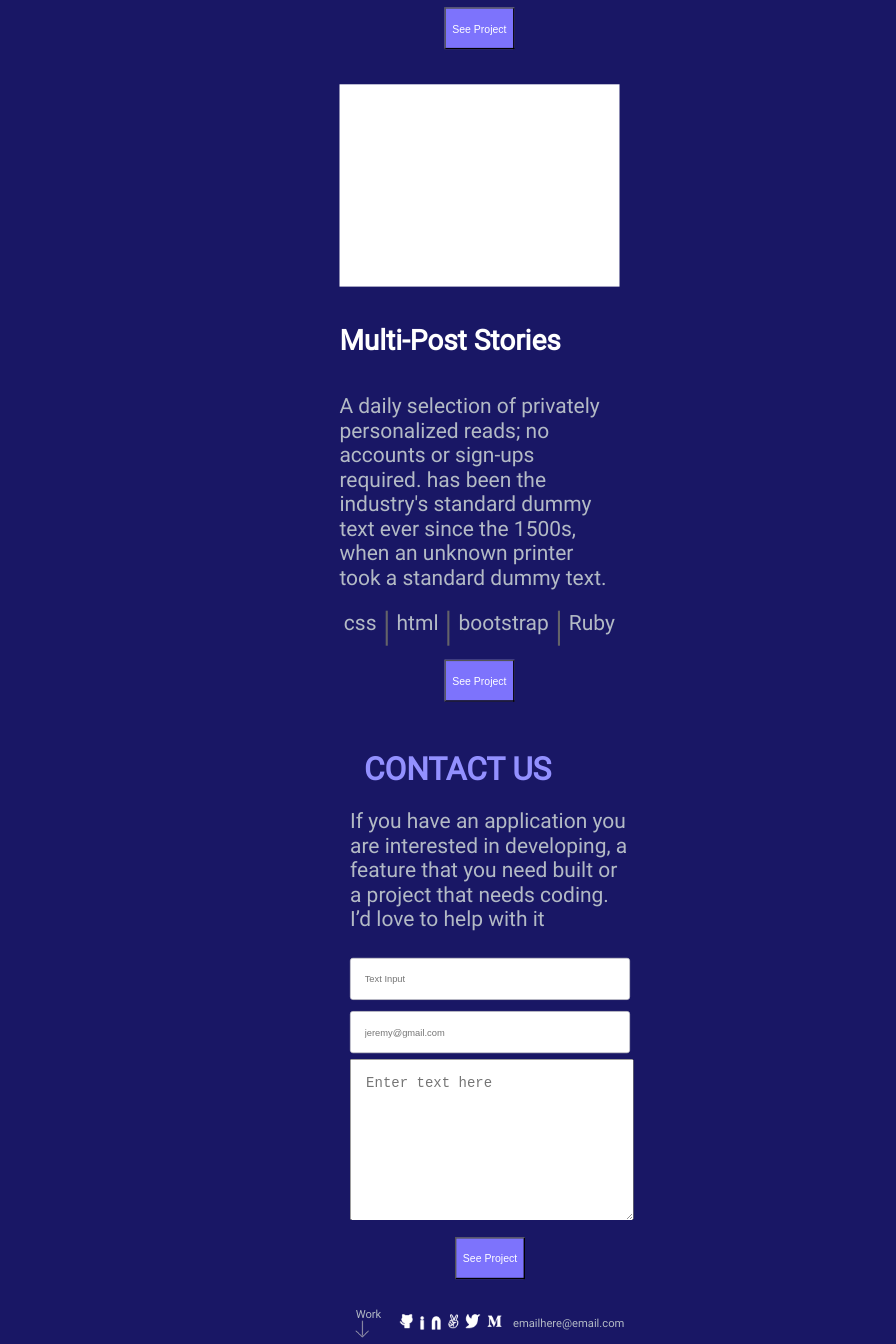
Repository: mustabbas/Portfolio
Page: index.html
An editor plug-in stored every save of this project. The page is shown before and after the next save, followed by the edit.
The browser window is 1280 px wide. The pictures show the part of the page from y = 3888 to 5808 px (the page is 5808 px tall before and 5650 px after), at 70% of full size.

Above is the page before, as saved 2021-08-17 18:36:49.

### index.html
<!DOCTYPE html>
<html lang="en">
<head>
    <meta charset="UTF-8">
    <meta name="viewport" content="width=device-width, initial-scale=1.0">
    <meta http-equiv="X-UA-Compatible" content="ie=edge">
    <link rel="stylesheet" href="style.css"/>
    <title>Mustafa Portfolio</title>
</head>
<body>
    <section class="container">
        <header class="header">
            <a href="#"><h2>Mustafa Abbas</h2></a>
            <nav class="humberger">
            <img  src="./assets/img/humberger.png" alt="humberger"/>
            <img  src="./assets/img/humberger.png" alt="humberger"/>
            <img  src="./assets/img/humberger.png" alt="humberger"/>
            </nav>
            <ul class="main-nav">
                <li><a href="#">Portoflio</a></li>
                <li><a href="#">About</a></li>
                <li><a href="#">Contact</a></li>
                <li ><a href="#"><img class="email-pic" src="./assets/img/Icon-Mail.png" alt="email"/></a></li >
            </ul>
        </header>
        <div class="head-wraper">
            <div class="title-wraper">
                <h1>Mustafa Abbas</h1>
                <h2>Software Developer</h2>
            </div>
        </div>
        <div class="box"><p>I can help you build a product , feature or website Look through some of my work and experience! If you like what you see and have a project you need coded,  don’t hestiate to contact me.</p></div>
        <div class="line"></div>
        <div class="skills">
        <ul>
            <li>Language</li>
            <li>Javascript</li>
            <li>Ruby</li>
            <li>Html</li>
            <li>Css</li>
        </ul>
        <ul>
            <li>Frameworks</li>
            <li>Ruby on Rails</li>
            <li>Bootstrap</li>
            <li>RSPec</li>
            <li>CapyBara</li>
        </ul>
        <ul>
            <li>Skills</li>
            <li>Codekit</li>
            <li>Github</li>
            <li>Codepen</li>
            <li>Gitlab</li>
        </ul>
      </div>
      <div class="line"></div>
    </section>
        <div class="footer-nav">
            <div class="work-container upper">
            <span>Work</span>
            <div class="arrow-container">
            <img src="./assets/img/Vector-line-arrow.png" alt="Vector-line-arrow"/>
            <img src="./assets/img/Vector-arrow.png" alt="Vector-arrow"/>
             </div>
            </div>
            <div class="vector-container">
                <ul>
                    <li><img src="./assets/img/Vector-github.png" alt="Vector-github"/></li>
                    <li>
                        <div class="linked-container">
                            <div>
                                <img src="./assets/img/Vector-dot-linkedin.png" alt="Vector-dot-linkedin"/>
                                <img src="./assets/img/Vector-line-linkedin.png" alt="Vector-line-linkedin"/>
                          </div>
                                <img id="vector2" src="./assets/img/Vector-n-linkedin.png" alt="Vector-n-linkedin"/>
                         </div>
                    </li>
                    <li> <img src="./assets/img/Vector.png" alt="Vector"/></li>
                    <li><img src="./assets/img/Vector-twitter.png" alt="Vector-twitter"/></li>
                    <li> <img src="./assets/img/Vector-M.png" alt="Vector-M"/></li>
                </ul>

             </div>
             <div class="work-container">
            <div class="arrow-container">
            <img src="./assets/img/Vector-line-arrow.png" alt="Vector-line-arrow"/>
            <img src="./assets/img/Vector-arrow.png" alt="Vector-arrow"/>
            </div>
            <span>Work</span>
            </div>
        </div>
    <section class="recent-work">
    <h3>My recent work</h3>
    <div class="line"></div>
    <div class="card">
       <img src="./assets/img/Placeholder.png" alt="Placeholder"/>
       <div class="card-body">
           <h4>Multi-Post Stories</h4>
           <p>A daily selection of privately personalized reads; no accounts or sign-ups required. has been the industry's standard dummy text ever since the 1500s, when an unknown printer took a standard dummy text.</p>
            <ul>
                <li>css</li>
                <li class="vertical-line"></li>
                <li>html</li>
                <li class="vertical-line"></li>
                <li>bootstrap</li>
                <li class="vertical-line"></li>
                <li>Ruby</li>
            </ul>
            <button class="button">See Project</button>
       </div>
    </div>
    <div class="card">
        <img src="./assets/img/Placeholder.png" alt="Placeholder"/>
        <div class="card-body">
            <h4>Multi-Post Stories</h4>
            <p>A daily selection of privately personalized reads; no accounts or sign-ups required. has been the industry's standard dummy text ever since the 1500s, when an unknown printer took a standard dummy text.</p>
             <ul>
                 <li>css</li>
                 <li class="vertical-line"></li>
                 <li>html</li>
                 <li class="vertical-line"></li>
                 <li>bootstrap</li>
                 <li class="vertical-line"></li>
                 <li>Ruby</li>
             </ul>
             <button class="button">See Project</button>
        </div>
     </div>
     <div class="card">
        <img src="./assets/img/Placeholder.png" alt="Placeholder"/>
        <div class="card-body">
            <h4>Multi-Post Stories</h4>
            <p>A daily selection of privately personalized reads; no accounts or sign-ups required. has been the industry's standard dummy text ever since the 1500s, when an unknown printer took a standard dummy text.</p>
             <ul>
                 <li>css</li>
                 <li class="vertical-line"></li>
                 <li>html</li>
                 <li class="vertical-line"></li>
                 <li>bootstrap</li>
                 <li class="vertical-line"></li>
                 <li>Ruby</li>
             </ul>
             <button class="button">See Project</button>
        </div>
     </div>
     <div class="card">
        <img src="./assets/img/Placeholder.png" alt="Placeholder"/>
        <div class="card-body">
            <h4>Multi-Post Stories</h4>
            <p>A daily selection of privately personalized reads; no accounts or sign-ups required. has been the industry's standard dummy text ever since the 1500s, when an unknown printer took a standard dummy text.</p>
             <ul>
                 <li>css</li>
                 <li class="vertical-line"></li>
                 <li>html</li>
                 <li class="vertical-line"></li>
                 <li>bootstrap</li>
                 <li class="vertical-line"></li>
                 <li>Ruby</li>
             </ul>
             <button class="button">See Project</button>
        </div>
     </div>
    </section>

    <section class="card-container">
        <div class="card">
        <div class="card-body">
        <h3>CONTACT US</h3>
        <p>If you have an application you are interested in developing, a feature that you need built or a project that needs coding. I’d love to help with it </p>
        <input type="text" placeholder="Text Input" />
        <input type="email" placeholder="jeremy@gmail.com" />
        <textarea rows="15" cols="48" placeholder="Enter text here"></textarea>
        <button class="button">See Project</button>
        </div>
        <div class="footer-nav">
            <div class="work-container upper">
            <span>Work</span>
            <div class="arrow-container">
            <img src="./assets/img/Vector-line-arrow.png" alt="Vector-line-arrow"/>
            <img src="./assets/img/Vector-arrow.png" alt="Vector-arrow"/>
             </div>
            </div>
            <div class="vector-container">
                <ul>
                    <li><img src="./assets/img/Vector-github.png" alt="Vector-github"/></li>
                    <li>
                        <div class="linked-container">
                            <div>
                                <img src="./assets/img/Vector-dot-linkedin.png" alt="Vector-dot-linkedin"/>
                                <img src="./assets/img/Vector-line-linkedin.png" alt="Vector-line-linkedin"/>
                          </div>
                                <img src="./assets/img/Vector-n-linkedin.png" alt="Vector-n-linkedin"/>
                         </div>
                    </li>
                    <li> <img src="./assets/img/Vector.png" alt="Vector"/></li>
                    <li><img src="./assets/img/Vector-twitter.png" alt="Vector-twitter"/></li>
                    <li> <img src="./assets/img/Vector-M.png" alt="Vector-M"/></li>
                </ul>

             </div>
            <span>emailhere@email.com</span>
        </div>
    </div>
    </section>


</body>
</html>

### style.css
@font-face {
  font-family: 'roboto';
  src: url(assets/font/Roboto/Roboto-Regular.ttf);
}

body {
  background-color: #191765;
  font-family: 'roboto', sans-serif;
}

ul {
  margin: 0;
  padding: 0;
  list-style: none;
}

h1 {
  color: #9390ff;
}

p,
h2,
td,
li,
a,
span {
  color: #b3bac5;
}

.header {
  display: flex;
  justify-content: space-around;
  align-items: center;
}

.header a {
  text-decoration: none;
}

.main-nav {
  display: flex;
}

.main-nav a {
  display: block;
  padding: 1em;
  text-decoration: none;
}

.head-wraper {
  display: flex;
  justify-content: center;
  align-items: center;
  background-image: url("./assets/img/circle1header.svg");
  background-repeat: no-repeat;
  background-position: -160px -50px;
}

.title-wraper {
  flex-direction: column;
  justify-content: center;
}

.title-wraper h1 {
  font-size: 3rem;
}

.title-wraper h2 {
  font-size: 2rem;
  margin-top: 0;
}

.container {
  display: flex;
  flex-direction: column;
  justify-content: center;
  align-items: center;
  width: 500px;
}

.box {
  min-width: 450px;
  width: 33.333%;
  margin: 50px;
}

.box p {
  font-size: 20px;
  font-weight: 300;
  text-align: center;
  color: #b3bac5;
}

.line {
  min-width: 450px;
  width: 33.333%;
  border-bottom: 1px solid #646369;
}

.skills {
  display: flex;
  justify-content: space-between;
  flex-wrap: wrap;
  width: 500px;
  background-image: url("./assets/img/circle1header.svg");
  background-repeat: no-repeat;
  background-position: 400px 10px;
}

.skills ul {
  width: 40%;
  margin-top: 20px;
  margin-left: 40px;
}

.skills li {
  margin: 20px;
}

.skills ul li:first-child {
  color: #9390ff;
}

.email-pic {
  color: #b3bac5;
}

.footer-nav {
  display: flex;
  justify-content: space-around;
  align-items: center;
  margin-top: 40px;
}

.work-container .work-container2 {
  display: flex;
  justify-content: space-around;
}

.vector-container ul {
  display: flex;
  justify-content: center;
  align-items: center;
}

.vector-container img {
  margin-left: 10px;
}

.arrow-container {
  display: flex;
  flex-direction: column;
  align-items: flex-start;
  margin-right: 10px;
}

.arrow-container img:first-child {
  margin-left: 9px;
}

.arrow-container img:last-child {
  margin-top: -8px;
}

.linked-container {
  display: flex;
}

.linked-container div {
  display: flex;
  flex-direction: column;
}

#vector2 {
  margin-left: auto;
}

h3 {
  font-size: 45px;
  color: #9390ff;
  margin: 20px;
  text-transform: uppercase;
  margin-left: 150px;
}

.recent-work {
  display: grid;
  grid-template-columns: auto;
  grid-template-rows: auto;
  justify-content: center;
}

.card-container {
  display: grid;
  grid-template-columns: auto;
  grid-template-rows: auto;
  justify-content: center;
}

.card {
  display: flex;
  flex-direction: column;
  width: 400px;
  margin-left: 120px;
  margin-top: 50px;
}

.card-body h4 {
  font-size: 40px;
  color: #fff;
}

.card-body p {
  font-size: 30px;
  text-align: left;
}

.card-body h3 {
  font-size: 45px;
  color: #9390ff;
  margin: 20px;
  text-transform: uppercase;
}

.card-body ul {
  display: flex;
  justify-content: space-around;
  font-size: 30px;
  text-align: left;
}

.vertical-line {
  height: 50px;
  border-right: 3px solid #646369;
}

.button {
  background-color: #7d73fc;
  width: 100px;
  height: 60px;
  color: #fff;
  font-size: 15px;
  margin-top: 20px;
  margin-left: 150px;
}

.button:hover {
  box-shadow: 0 8px 16px rgba(125, 115, 252, 0.48);
}

input {
  width: 100%;
  height: 60px;
  padding: 12px 20px;
  margin: 8px 0;
  display: inline-block;
  border: 1px solid #ccc;
  border-radius: 4px;
  box-sizing: border-box;
}

textarea::placeholder {
  font-size: 20px;
  padding: 20px;
}

@media only screen and (max-width: 500px) {
  .header {
    width: 500px;
    justify-content: space-around;
  }

  .header ul {
    display: none;
  }

  .main-nav {
    flex-direction: column;
  }

  .head-wraper {
    width: 500px;
  }

  .head-wraper img {
    margin-left: -200px;
  }

  .right {
    margin-right: -100px;
  }

  .container img {
    margin-right: -500px;
  }

  .humberger {
    display: flex;
    flex-direction: column;
    justify-content: space-between;
  }

  .humberger img {
    width: 33.33px;
    height: 3px;
    margin: 5px;
    background-color: #b3bac5;
  }

  .footer-nav {
    width: 500px;
    flex-direction: column;
  }

  .upper {
    display: none !important;
  }

  .work-container {
    display: flex;
    margin-top: 30px;
  }
}

After the next save:
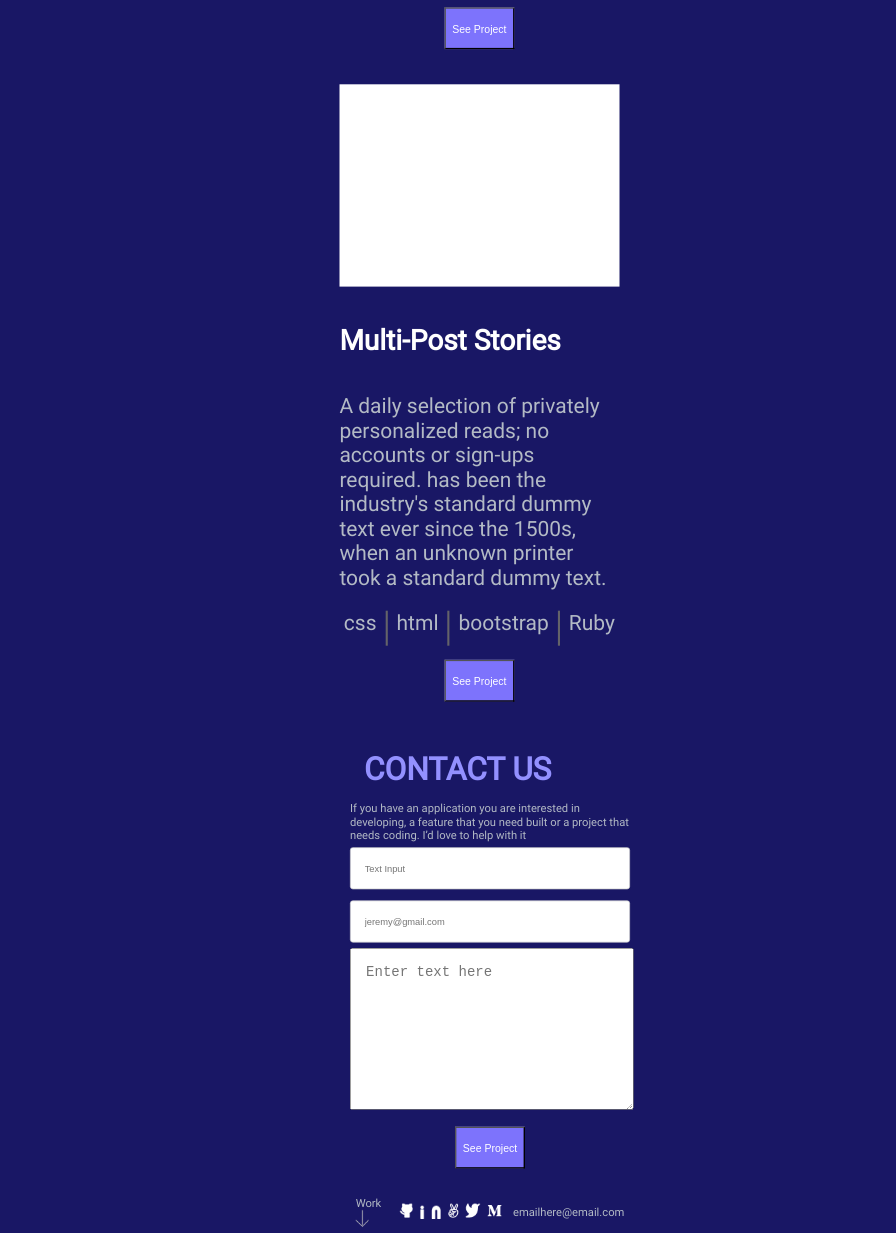
Saved 2 h 27 min later.
--- a/index.html
+++ b/index.html
@@ -167,7 +167,7 @@
         <div class="card">
         <div class="card-body">
         <h3>CONTACT US</h3>
-        <p>If you have an application you are interested in developing, a feature that you need built or a project that needs coding. I’d love to help with it </p>
+        <span>If you have an application you are interested in developing, a feature that you need built or a project that needs coding. I’d love to help with it </span>
         <input type="text" placeholder="Text Input" />
         <input type="email" placeholder="jeremy@gmail.com" />
         <textarea rows="15" cols="48" placeholder="Enter text here"></textarea>
